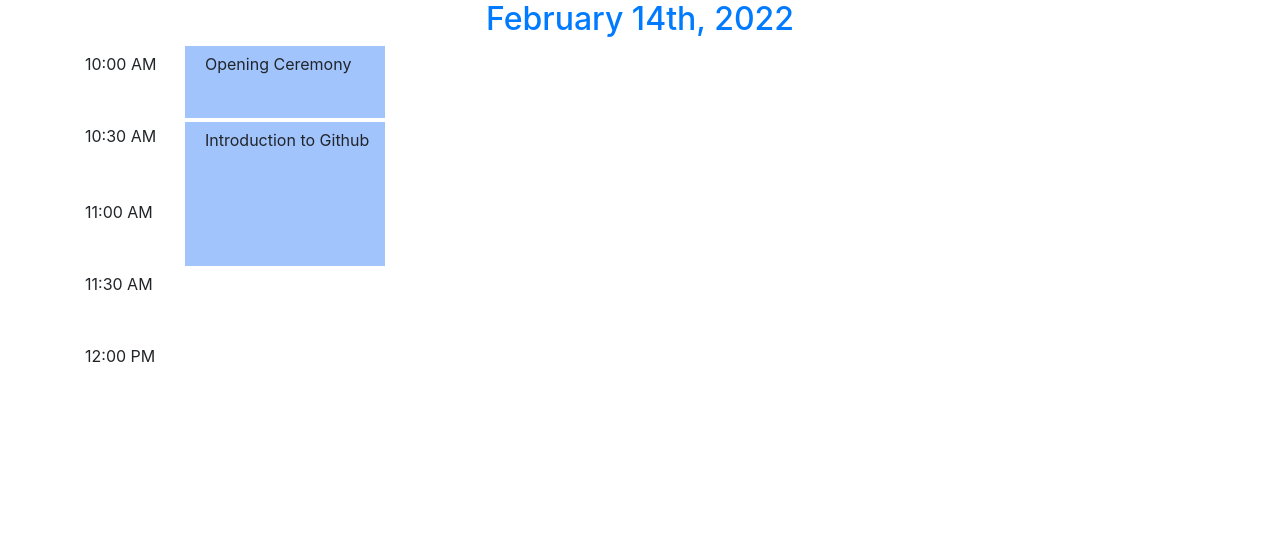
Repository: BaileyLuu/yuHacks2022
Page: public/schedule.html
An editor plug-in stored every save of this project. The page is shown before and after the next save, followed by the edit.
The browser window is 1280 px wide. The pictures show the whole page.
Some web libraries are served in a nearby version.

Above is the page before, as saved 2021-11-20 13:49:34.

After the next save:
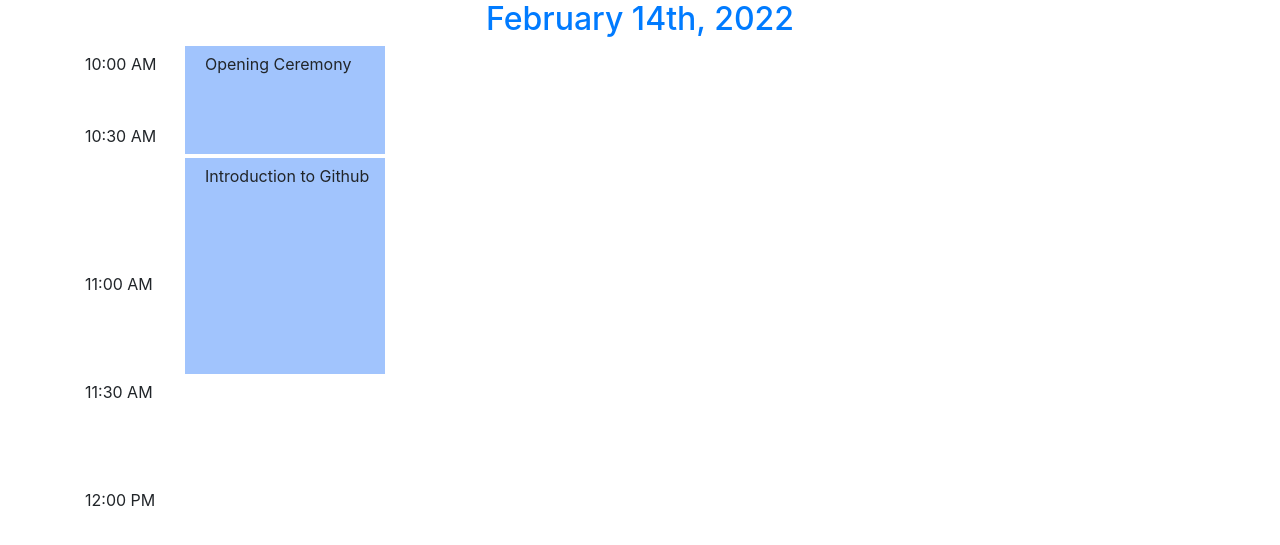
Saved 31 s later.
--- a/public/schedule.css
+++ b/public/schedule.css
@@ -6,7 +6,7 @@
   display:flex;
   flex-direction: column;
   width: 200px;
-  height:10vh;
+  height:15vh;
   box-sizing: border-box;
   z-index: 50;
   line-height: 5vh;
